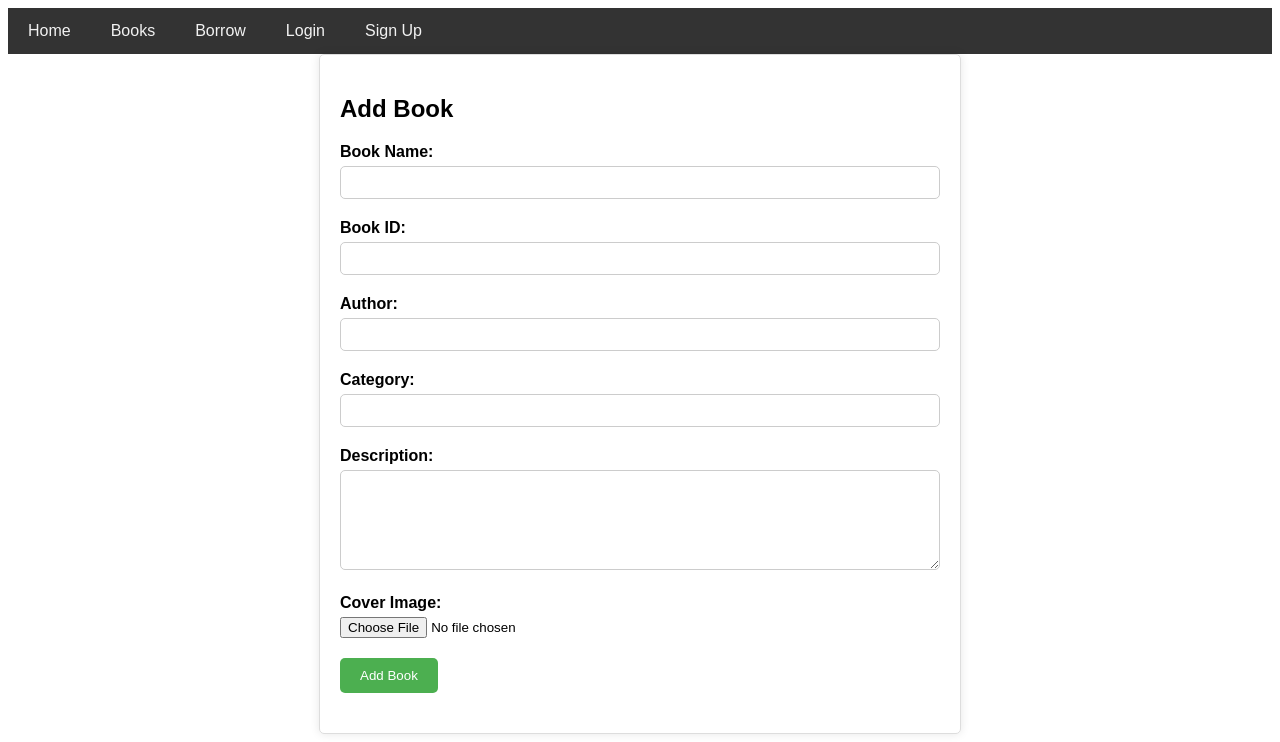
Repository: fadyesk12/Web-Technology-Course-Project
Page: Add_book.html
The author's editor kept a copy of each file at every save. The page is drawn from the files as they stood at one save, then again after the next save.
The browser window is 1280 px wide. The pictures show the whole page.

Above is the page before, as saved 2024-04-20 08:47:21.

### Add_book.html
<!DOCTYPE html>
<html lang="en">
<head>
<meta charset="UTF-8">
<meta name="viewport" content="width=device-width, initial-scale=1.0">
<title>Add Book</title>
<style>
    #navbar {
    overflow: hidden;
    background-color: #333;
    }
    #navbar a {
    float: left;
    display: block;
    color: #f2f2f2;
    text-align: center;
    padding: 14px 20px;
    text-decoration: none;
    }
    #navbar a:hover {
    background-color: #ddd;
    color: black;
    }
  body {
    font-family: Arial, sans-serif;
  }

  .container {
    max-width: 600px;
    margin: 0 auto;
    padding: 20px;
    border: 1px solid #ddd;
    border-radius: 5px;
    box-shadow: 0 0 10px rgba(0, 0, 0, 0.1);
  }

  .form-group {
    margin-bottom: 20px;
  }

  label {
    display: block;
    font-weight: bold;
    margin-bottom: 5px;
  }

  input[type="text"],
  textarea {
    width: 100%;
    padding: 8px;
    border: 1px solid #ccc;
    border-radius: 5px;
    box-sizing: border-box;
  }

  textarea {
    height: 100px;
  }

  input[type="submit"] {
    background-color: #4CAF50;
    color: white;
    padding: 10px 20px;
    border: none;
    border-radius: 5px;
    cursor: pointer;
  }

  input[type="submit"]:hover {
    background-color: #45a049;
  }

  .preview {
    max-width: 200px;
    margin-top: 10px;
  }
</style>
</head>
<body>
  <div id="navbar">
    <a href="./index.html">Home</a>
    <a href="./book_list.html">Books</a>
    <a href="./borrow.html">Borrow</a>
    <a href="./auth/login.html">Login</a>
    <a href="./auth/signup.html">Sign Up</a>
</div>

<div class="container">
  <h2>Add Book</h2>
  <form action="#" method="post" enctype="multipart/form-data">
    <div class="form-group">
      <label for="book-name">Book Name:</label>
      <input type="text" id="book-name" name="book-name" required>
    </div>
    <div class="form-group">
        <label for="book-id">Book ID:</label>
        <input type="text" id="book-id" name="book-id" required>
      </div>
    <div class="form-group">
      <label for="author">Author:</label>
      <input type="text" id="author" name="author" required>
    </div>
    <div class="form-group">
        <label for="category">Category:</label>
        <input type="text" id="category" name="category" required>
      </div>
    <div class="form-group">
      <label for="description">Description:</label>
      <textarea id="description" name="description" required></textarea>
    </div>
    <div class="form-group">
      <label for="cover-image">Cover Image:</label>
      <input type="file" id="cover-image" name="cover-image" accept="image/*" required>
    </div>
    <div class="form-group">
      <input type="submit" value="Add Book">
    </div>
  </form>
  <div id="image-preview" class="preview"></div>
</div>

<script>
  // Preview the selected image before submitting the form
  const coverImageInput = document.getElementById('cover-image');
  const imagePreview = document.getElementById('image-preview');

  coverImageInput.addEventListener('change', function() {
    const file = this.files[0];
    if (file) {
      const reader = new FileReader();
      reader.onload = function() {
        const img = new Image();
        img.src = reader.result;
        img.className = 'preview';
        imagePreview.innerHTML = '';
        imagePreview.appendChild(img);
      }
      reader.readAsDataURL(file);
    } else {
      imagePreview.innerHTML = '';
    }
  });
</script>

</body>
</html>

After the next save:
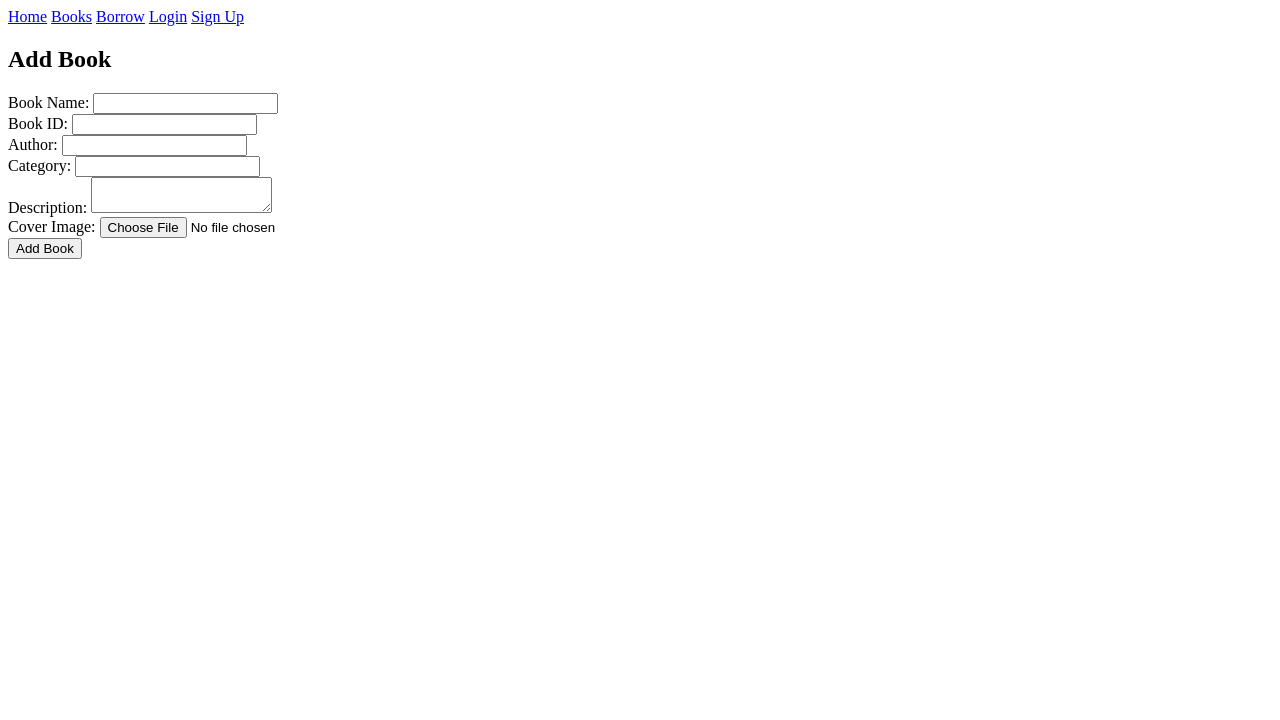
Saved 39 s later.
--- a/Add_book.html
+++ b/Add_book.html
@@ -5,75 +5,7 @@
 <meta name="viewport" content="width=device-width, initial-scale=1.0">
 <title>Add Book</title>
 <style>
-    #navbar {
-    overflow: hidden;
-    background-color: #333;
-    }
-    #navbar a {
-    float: left;
-    display: block;
-    color: #f2f2f2;
-    text-align: center;
-    padding: 14px 20px;
-    text-decoration: none;
-    }
-    #navbar a:hover {
-    background-color: #ddd;
-    color: black;
-    }
-  body {
-    font-family: Arial, sans-serif;
-  }
 
-  .container {
-    max-width: 600px;
-    margin: 0 auto;
-    padding: 20px;
-    border: 1px solid #ddd;
-    border-radius: 5px;
-    box-shadow: 0 0 10px rgba(0, 0, 0, 0.1);
-  }
-
-  .form-group {
-    margin-bottom: 20px;
-  }
-
-  label {
-    display: block;
-    font-weight: bold;
-    margin-bottom: 5px;
-  }
-
-  input[type="text"],
-  textarea {
-    width: 100%;
-    padding: 8px;
-    border: 1px solid #ccc;
-    border-radius: 5px;
-    box-sizing: border-box;
-  }
-
-  textarea {
-    height: 100px;
-  }
-
-  input[type="submit"] {
-    background-color: #4CAF50;
-    color: white;
-    padding: 10px 20px;
-    border: none;
-    border-radius: 5px;
-    cursor: pointer;
-  }
-
-  input[type="submit"]:hover {
-    background-color: #45a049;
-  }
-
-  .preview {
-    max-width: 200px;
-    margin-top: 10px;
-  }
 </style>
 </head>
 <body>
